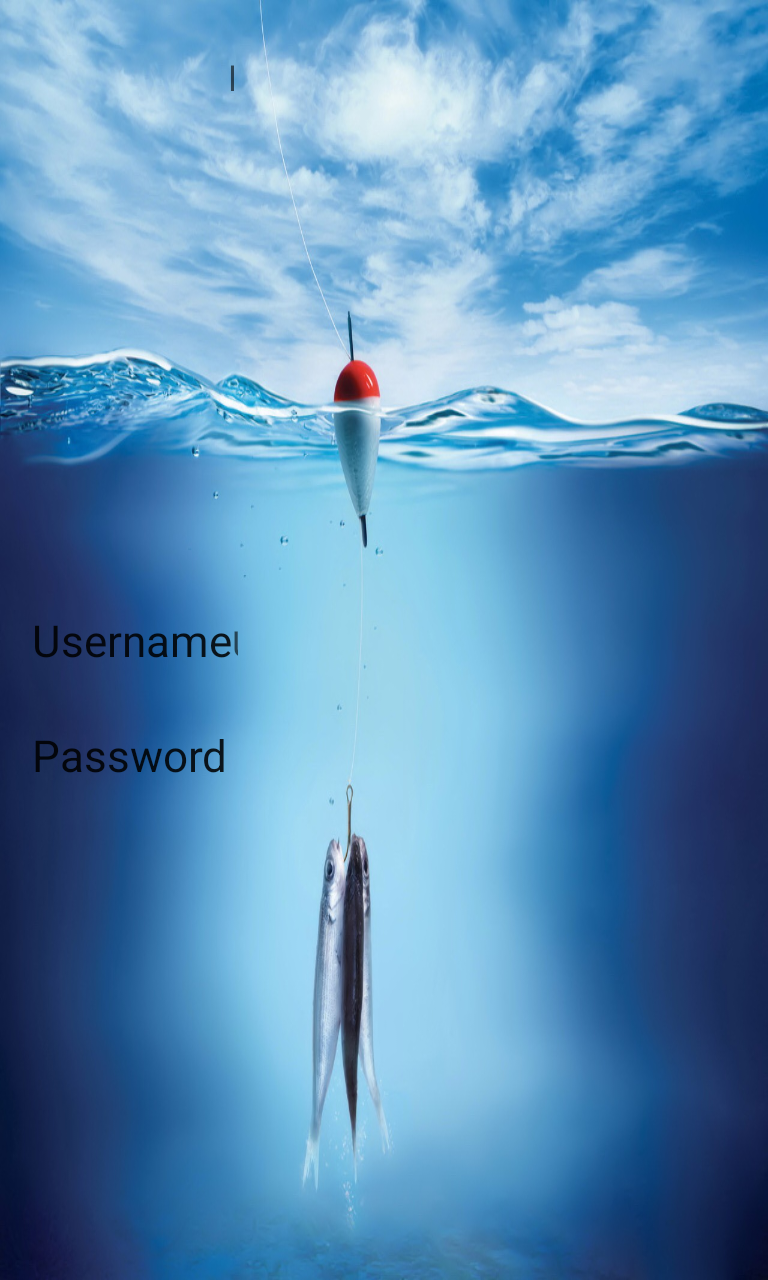
Repository: zerox2012/Fall2014Android
Layout: FishingBuddy/res/layout/activity_login.xml
The author's editor kept a copy of each file at every save. The layout is drawn from the files as they stood at one save, then again after the next save.
It is drawn on a 768 x 1280 px phone screen (xhdpi) without system bars, with theme AppTheme; the app's code is not run.

Above is the layout before, as saved 2014-10-20 17:35:52.

After the next save:
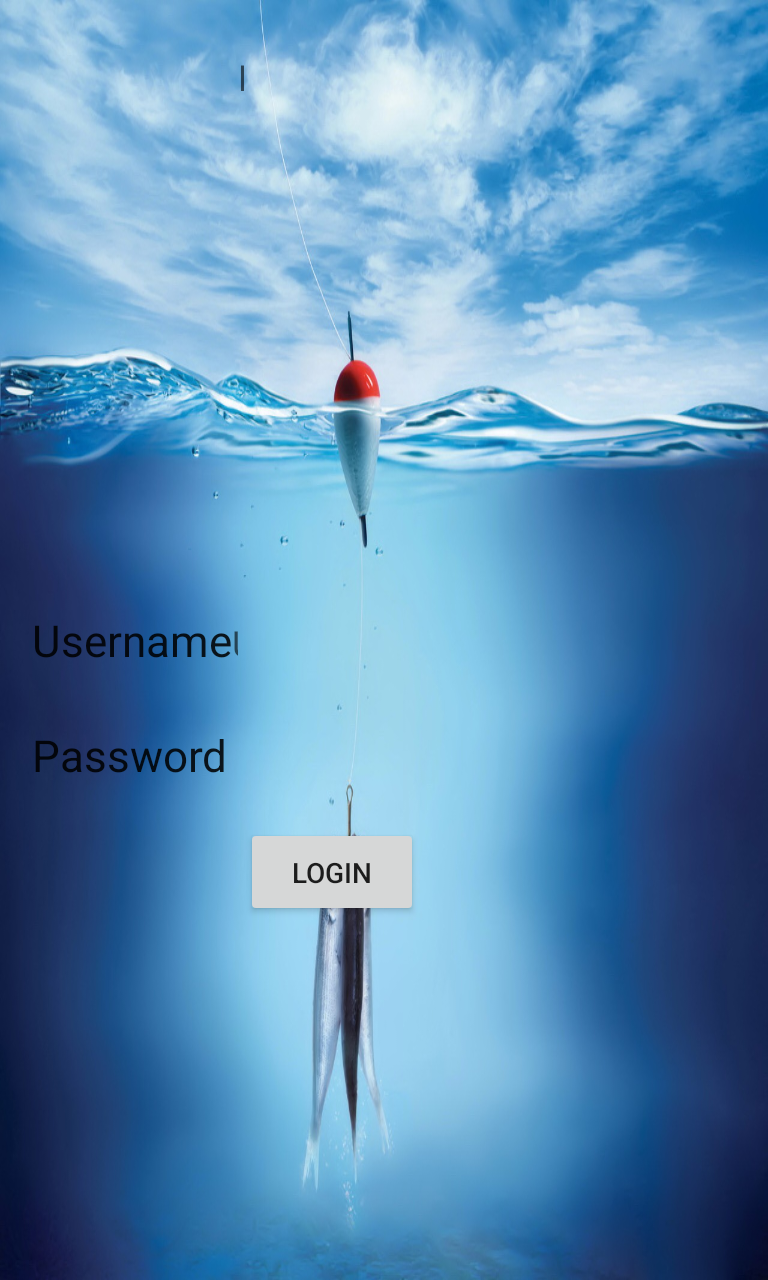
Saved 107 s later.
--- a/FishingBuddy/res/layout/activity_login.xml
+++ b/FishingBuddy/res/layout/activity_login.xml
@@ -44,9 +44,18 @@
         android:id="@+id/EditText01"
         android:layout_width="3dp"
         android:layout_height="wrap_content"
-        android:layout_toRightOf="@id/textView2"
+        android:layout_toRightOf="@+id/username"
         android:ems="10"
         android:hint="@string/password"
         android:inputType="textPassword" />
 
+    <Button
+        android:id="@+id/button1"
+        android:layout_width="wrap_content"
+        android:layout_height="wrap_content"
+        android:layout_below="@+id/textView2"
+        android:layout_marginTop="20dp"
+        android:layout_toRightOf="@+id/EditText01"
+        android:text="@string/button_login" />
+
 </RelativeLayout>
--- a/FishingBuddy/res/values/strings.xml
+++ b/FishingBuddy/res/values/strings.xml
@@ -12,5 +12,6 @@
     <string name="title_activity_map">Map</string>
     <string name="user_name">Username</string>
     <string name="password">Password</string>
+    <string name="button_login">Login</string>
 
 </resources>
